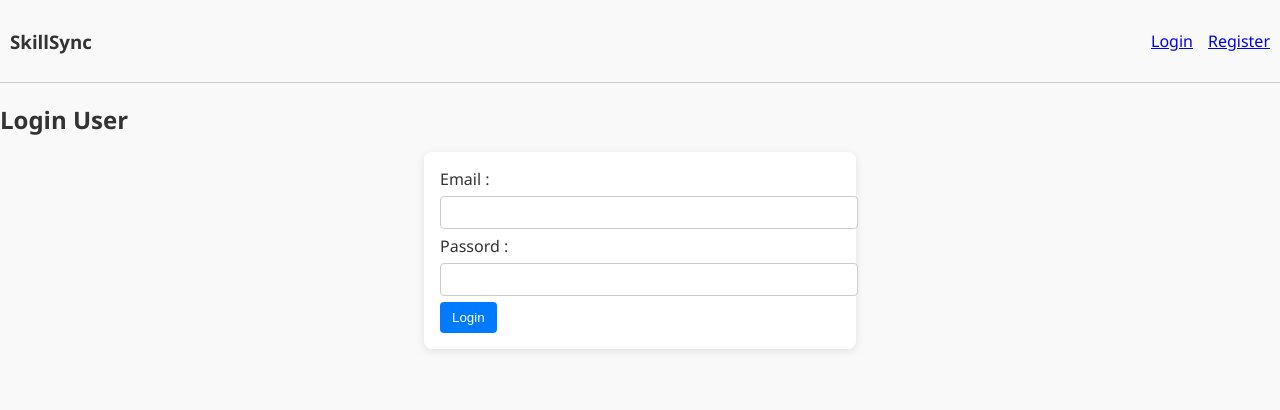
Repository: bharathabhi46/SkillSync-FrontEnd
Page: /UserList
These files come from the project's save history. The page is drawn as it stood at one moment and after the next save; the edit follows.
The browser window is 1280 px wide. The pictures show the whole page.
The project was rebuilt for these pictures with package versions that can differ from the ones it lists, and the page was loaded fresh each time. Also part of the build but not shown: vite.config.js, src/Components/CreateUser/CreateUser.jsx, src/Components/UserList/UserList.jsx, src/Components/EditUser/EditUser.jsx, src/Components/RegisterUser/RegisterUser.jsx, src/Components/Home/Home.jsx.

Above is the page before, as saved 2025-06-28 13:48:25.

### src/main.jsx
import { StrictMode } from "react";
import { createRoot } from "react-dom/client";
import { BrowserRouter } from "react-router-dom";
import App from "./App.jsx";

createRoot(document.getElementById("root")).render(
  <BrowserRouter>
    <App />
  </BrowserRouter>
);

### src/App.jsx
import React from "react";
import CreateUser from "./Components/CreateUser/CreateUser";
import UserList from "./Components/UserList/UserList";
import EditUser from "./Components/EditUser/EditUser";
import { Route, Routes } from "react-router-dom";
import RegisterUser from "./Components/RegisterUser/RegisterUser";
import LoginUser from "./Components/LoginUser/LoginUser";
import "./App.css";
import PrivateAuth from "./Components/PrivateAuth/PrivateAuth";
import NavBar from "./Components/NavBar/NavBar";
import Home from "./Components/Home/Home";
const App = () => {
  return (
    <div>
      <NavBar />
      <Routes>
        <Route path="/" element={<Home />} />
        <Route
          path="/UserList"
          element={
            <PrivateAuth>
              <UserList />
            </PrivateAuth>
          }
        />
        <Route
          path="/EditUser/:id"
          element={
            <PrivateAuth>
              <EditUser />
            </PrivateAuth>
          }
        />
        <Route
          path="/CreateUser"
          element={
            <PrivateAuth>
              <CreateUser />
            </PrivateAuth>
          }
        />
        <Route path="/RegisterUser" element={<RegisterUser />} />
        <Route path="/LoginUser" element={<LoginUser />} />
      </Routes>
    </div>
  );
};

export default App;

### src/Components/LoginUser/LoginUser.jsx
import React, { useState } from "react";
import { useNavigate } from "react-router-dom";

const LoginUser = () => {
  let navigate = useNavigate();
  let url = "http://localhost:8080/api/users/auth/login";
  let [loginUser, setLoginUser] = useState({
    email: "",
    password: "",
  });
  function handleOnChange(e) {
    setLoginUser((prevState) => ({
      ...prevState,
      [e.target.name]: e.target.value,
    }));
  }
  async function handleSubmit(e) {
    e.preventDefault();
    try {
      let data = await fetch(url, {
        method: "POST",
        headers: {
          "Content-Type": "application/json",
        },
        body: JSON.stringify(loginUser),
      });
      setLoginUser({
        email: "",
        password: "",
      });
      alert("Login Successful");
      localStorage.setItem("userEmail", LoginUser.email);
      let user = await data.json();
      localStorage.setItem("user", JSON.stringify(user));
      navigate("/");
    } catch (err) {
      console.log("Error : ", err);
      alert("Failed to Login");
    }
  }
  return (
    <div className="container">
      <h2>Login User</h2>
      <form onSubmit={handleSubmit}>
        <label>Email : </label>
        <input
          type="email"
          name="email"
          value={loginUser.email}
          onChange={handleOnChange}
        />
        <label>Passord : </label>
        <input
          type="password"
          name="password"
          value={loginUser.password}
          onChange={handleOnChange}
        />
        <button type="submit">Login</button>
      </form>
    </div>
  );
};

export default LoginUser;

### src/App.css
body {
  margin: 0;
  font-family: "Segoe UI", sans-serif;
  background-color: #f9f9f9;
  color: #333;
}

h2 {
  color: #333;
  margin-bottom: 1rem;
}

button {
  background-color: #007bff;
  color: white;
  border: none;
  padding: 8px 12px;
  cursor: pointer;
  border-radius: 4px;
}

button:hover {
  background-color: #0056b3;
}

input,
select {
  padding: 8px;
  margin: 6px 0;
  border: 1px solid #ccc;
  border-radius: 4px;
  width: 100%;
}

form {
  max-width: 400px;
  margin: auto;
  padding: 1rem;
  background: white;
  box-shadow: 0 2px 8px rgba(0, 0, 0, 0.1);
  border-radius: 8px;
}

table {
  width: 100%;
  background-color: white;
  border-collapse: collapse;
  box-shadow: 0 2px 8px rgba(0, 0, 0, 0.1);
  border-radius: 8px;
  overflow: hidden;
}

th,
td {
  padding: 12px;
  text-align: left;
  border-bottom: 1px solid #ddd;
}

### src/Components/PrivateAuth/PrivateAuth.jsx
import React from "react";
import { Navigate, useNavigate } from "react-router-dom";
const PrivateAuth = ({ children }) => {
  const isLoggedIn = localStorage.getItem("userEmail") !== null;
  return isLoggedIn ? children : <Navigate to={"/LoginUser"} />;
};

export default PrivateAuth;

### src/Components/NavBar/NavBar.jsx
import React from "react";
import { Link, useNavigate } from "react-router-dom";

const Navbar = () => {
  const navigate = useNavigate();
  const user = JSON.parse(localStorage.getItem("user"));
  console.log(user !== null);
  const handleLogout = () => {
    localStorage.removeItem("user");
    navigate("/LoginUser");
  };

  return (
    <nav
      style={{
        display: "flex",
        justifyContent: "space-between",
        padding: "10px",
        borderBottom: "1px solid #ccc",
      }}
    >
      <h3>SkillSync</h3>
      <div style={{ display: "flex", gap: "15px", alignItems: "center" }}>
        {user ? (
          <>
            <span>
              Welcome, <strong>{user.name}</strong> 👋
            </span>
            <Link to="/UserList">Users</Link>
            <Link to="/CreateUser">Create</Link>
            <button onClick={handleLogout}>Logout</button>
          </>
        ) : (
          <>
            <Link to="/LoginUser">Login</Link>
            <Link to="/RegisterUser">Register</Link>
          </>
        )}
      </div>
    </nav>
  );
};

export default Navbar;

Loaded but not shown: index.html (common file)

After the next save:
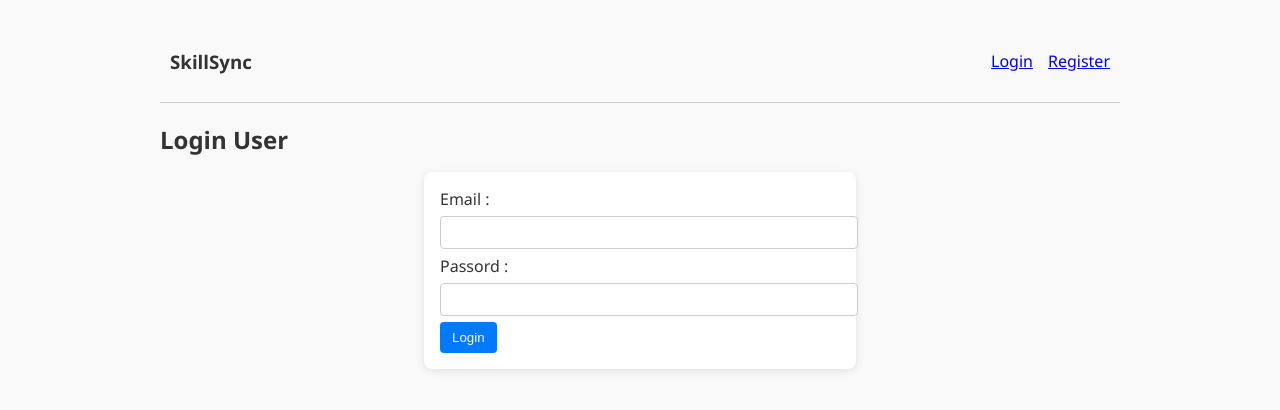
Saved 5 s later.
--- a/src/App.jsx
+++ b/src/App.jsx
@@ -11,7 +11,7 @@
 import Home from "./Components/Home/Home";
 const App = () => {
   return (
-    <div>
+    <div style={{ maxWidth: "960px", margin: "auto", padding: "20px" }}>
       <NavBar />
       <Routes>
         <Route path="/" element={<Home />} />

After the save that followed:
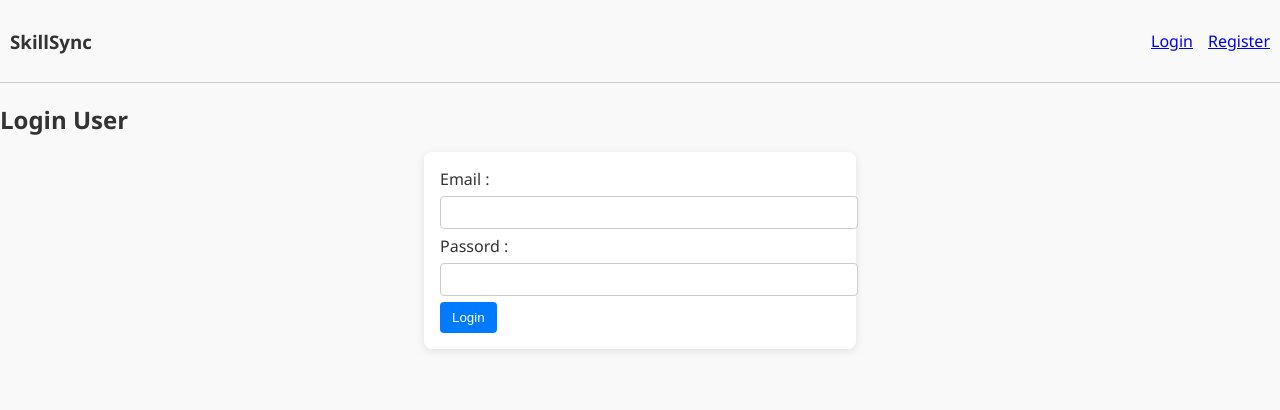
Saved 36 s later.
--- a/src/App.jsx
+++ b/src/App.jsx
@@ -11,7 +11,7 @@
 import Home from "./Components/Home/Home";
 const App = () => {
   return (
-    <div style={{ maxWidth: "960px", margin: "auto", padding: "20px" }}>
+    <div>
       <NavBar />
       <Routes>
         <Route path="/" element={<Home />} />
